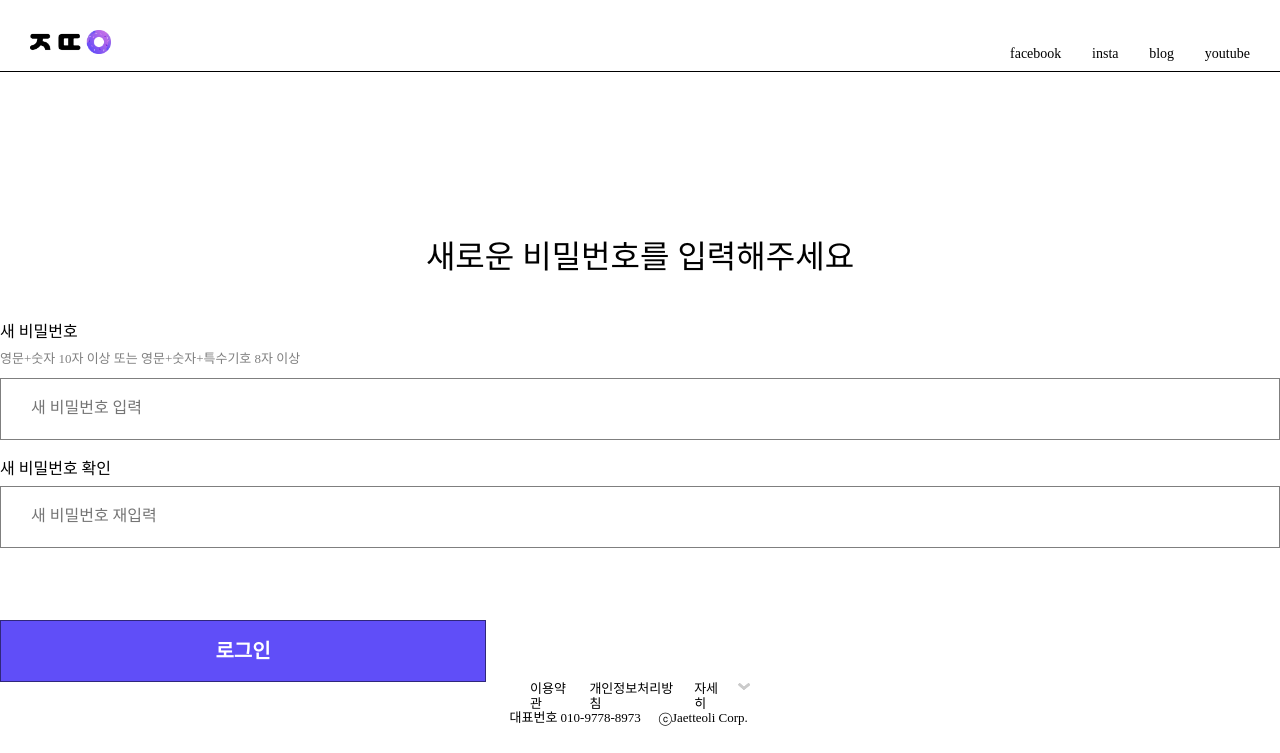
Repository: raoniee/Jaetteoli-React-Project
Page: /help/new-pw
The author's editor kept a copy of each file at every save. The page is drawn from the files as they stood at one save, then again after the next save.
The browser window is 1280 px wide. The pictures show the whole page.
Some web fonts or font styles are not loaded; a fallback is used. The project was rebuilt for these pictures with package versions that can differ from the ones it lists, and the page was loaded fresh each time. Also part of the build but not shown: src/component/main/ManageReview.module.css, src/component/main/ReviewContainer.module.css, src/component/main/ReviewItem.module.css, src/component/main/ReviewItem.js, src/component/main/ReviewContainer.js, src/component/sidebar/SideBar.module.css, src/component/sidebar/SideBar.js, src/component/main/ManageReview.js and 53 more.

Above is the page before, as saved 2023-07-06 21:56:46.

### public/index.html
<!DOCTYPE html>
<html lang="en">
<script src="//t1.daumcdn.net/mapjsapi/bundle/postcode/prod/postcode.v2.js"></script>
<head>
  <meta charset="utf-8" />
  <link rel="icon" href="%PUBLIC_URL%/favicon.ico" />
  <meta name="viewport" content="width=device-width, initial-scale=1" />
  <meta name="theme-color" content="#000000" />
  <meta name="description" content="Web site created using create-react-app" />
  <link rel="apple-touch-icon" href="%PUBLIC_URL%/logo192.png" />
  <link rel="manifest" href="%PUBLIC_URL%/manifest.json" />
  <title>재떨이</title>
</head>

<body>
  <div id="overlays"></div>
  <div id="root"></div>
</body>

</html>

### src/App.js
import Header from "./component/header/Header";
import ManageReview from "./component/main/ManageReview";
import TodayMenu from "./component/main/TodayMenu";
import TodayOrder from "./component/main/TodayOrder";
import ManageSale from "./component/main/ManageSale";

// Membership
import MembershipStart from "./component/memberShip/MembershipStart";
import MembershipInformation from "./component/memberShip/MembershipInformation";
import MembershipEnd from "./component/memberShip/MembershipEnd";

// login
import LoginStart from "./component/login/LoginStart";
import IDSearch from "./component/login/IDSearch";
import IDShow from "./component/login/IDShow";
import PasswordNew from "./component/login/PasswordNew";

import Regist1 from "./component/register/Regist1";
import Regist2 from "./component/register/Regist2";
import Regist3 from "./component/register/Regist3";

import { RouterProvider, createBrowserRouter } from "react-router-dom";
import SideBar from "./component/sidebar/SideBar";
import Home from "./component/home/Home";

const router = createBrowserRouter([
  { path: "/", element: <Home /> },
  // Membership
  { path: "/signup/agree", element: <MembershipStart /> },
  { path: "/signup/begin", element: <MembershipInformation /> },
  { path: "/signup/complete", element: <MembershipEnd /> },
  // login
  { path: "/login", element: <LoginStart /> },
  { path: "/help", element: <IDSearch /> },
  { path: "/help/complete", element: <IDShow /> },
  { path: "/help/new-pw", element: <PasswordNew /> },
  //
  { path: "/today/menu", element: <TodayMenu /> },
  { path: "/today/order", element: <TodayOrder /> },
  { path: "/review", element: <ManageReview /> },
  { path: "/sales", element: <ManageSale /> },
  { path: "/register/store", element: <Regist1 /> },
  { path: "/register/menu", element: <Regist2 /> },
  { path: "/register/origin", element: <Regist3 /> },
]);

function App() {
  return <RouterProvider router={router} />;
}

export default App;

### src/store/index.js
import React from 'react';
import { configureStore } from '@reduxjs/toolkit';
import authReducer from './auth'

export default configureStore({
    reducer: {
        auth: authReducer
    },
})

### src/component/header/Header.js
import Nav from './Nav';
import style from './Header.module.css'
import logo from '../../assets/images/logo.png'

const Header = () => {
    return (
        <header>
            <div className={style.logo}>
                <img className={style.logoImg} src={logo}></img>
            </div>
            <Nav />
        </header>
    )
}

export default Header;

### src/component/login/PasswordNew.jsx
import React from "react";
import Footer from "../footer/Footer";
import Header from "../header/Header";
import style from "./PasswordNew.module.css";

export default function PasswordNew() {
  return (
    <div>
      <Header />
      <div className={style.PasswordNew}>
        <span className={style.title}>새로운 비밀번호를 입력해주세요</span>
        <form action="" className={style.PASSWORD_NEW}>
          <label htmlFor="">새 비밀번호</label>
          <p>영문+숫자 10자 이상 또는 영문+숫자+특수기호 8자 이상</p>
          <input
            type="text"
            placeholder="새 비밀번호 입력"
            className={style.newpassword}
          />
          <label htmlFor="">새 비밀번호 확인</label>
          <input type="text" placeholder="새 비밀번호 재입력" />
        </form>
        <button className={style.bluebutton}>로그인</button>
      </div>
      <Footer />
    </div>
  );
}

### src/store/auth.js
import { createSlice } from '@reduxjs/toolkit';

const initialStateValue = { jwt: '', name: '', firstLogin: 1, menuRegister: 1 }

export const authSlice = createSlice({
    name: "auth",
    initialState: { value: { jwt: '', name: '', firstLogin: 1, menuRegister: 1 } },
    reducers: {
        login: (state, action) => {
            state.value = action.payload
        },
        logout: (state) => {
            state.value = initialStateValue
        }
    },
});

export default authSlice.reducer;
export const { login, logout } = authSlice.actions;

### src/component/header/Nav.js
import style from './Nav.module.css'

const Nav = () => {
    return(
        <nav className={style.nav}>
            <ul className={style.navList}>
                <li>facebook</li>
                <li>insta</li>
                <li>blog</li>
                <li>youtube</li>
            </ul>
        </nav>
    )
}

export default Nav;

### src/component/header/Header.module.css
header {
    font-family: "Pretendard-SemiBold";
    width: 100%;
    height: 72px;
    display: flex;
    align-items: flex-end;
    justify-content: space-between;
    padding: 10px 30px;
    box-sizing: border-box;
    position: fixed;
    top: 0;
    left: 0;
    background-color: white;
    z-index: 1;
    border-bottom: 1px solid black;
}

.logoImg {
    width: 81px;
    height: 24px;
    margin-bottom: 4px;
}

### src/component/footer/Footer.jsx
import React from "react";
import style from "./Footer.module.css";
import { ReactComponent as ArrowDown } from '../../assets/images/arrow_down.svg'

export default function Footer() {
  return (
    <footer>
      <ul className={style.top}>
        <li>이용약관</li>
        <li>개인정보처리방침</li>
        <li>
          <p>자세히</p>
          <ArrowDown></ArrowDown>
        </li>
      </ul>
      <ul className={style.bottom}>
        <li>대표번호 010-9778-8973</li>
        <li>ⓒJaetteoli Corp.</li>
      </ul>
    </footer>
  );
}

### src/component/login/PasswordNew.module.css
.container {
  display: flex;
  flex-direction: column;
}

.PasswordNew {
  margin: 0 auto;
  margin-top: 240px;
}

.title {
  display: block;
  text-align: center;
  font-weight: 300;
  font-size: 32px;
  line-height: 35.2px;
  margin-bottom: 48px;
}

.PASSWORD_NEW {
  display: flex;
  flex-direction: column;
  margin-bottom: 72px;
}

.PASSWORD_NEW label {
  font-weight: 300;
  font-size: 16px;
  line-height: 17.6px;
  color: rgba(0, 0, 0, 1);
  margin-bottom: 9px;
}

.PASSWORD_NEW p {
  font-weight: 300;
  font-size: 13px;
  line-height: 18.85px;
  color: rgba(0, 0, 0, 0.5);
  margin-bottom: 9px;
}

.PASSWORD_NEW input {
  height: 62px;
  border: 1px solid rgba(0, 0, 0, 0.5);
  padding-left: 30px;
}

.PASSWORD_NEW input::placeholder {
  font-weight: 300;
  font-size: 16px;
  line-height: 17.6px;
}

.PASSWORD_NEW .newpassword {
  margin-bottom: 20px;
}

.bluebutton {
  width: 486px;
  height: 62px;
  border: 1px solid rgba(0, 0, 0, 0.5);
  background-color: rgba(96, 78, 248, 1);
  font-weight: 700;
  font-size: 20px;
  line-height: 22px;
  color: rgba(255, 255, 255, 1);
}

### src/component/header/Nav.module.css
.nav {
    font-family: "Pretendard-Regular";
    font-size: 14px;
}

.navList {
    width: 240px;
    display: flex;
    justify-content: space-between;
}

### src/component/memberShip/AgreeAlert.module.css
* {
  font-family: "Fira Sans";
  box-sizing: border-box;
}

.wrap {
  position: absolute;
  top: 50%;
  left: 50%;
  transform: translate(-50%, -50%);
  width: 771px;
  height: 568px;
}

.top {
  display: flex;
  justify-content: space-between;
  background-color: #604ef8;
  height: 55.8px;
}

.top .title {
  font-weight: 500;
  font-size: 14px;
  line-height: 55.8px;
  color: #ffffff;
  margin-left: 31px;
}

.top .close {
  margin-top: 22px;
  margin-right: 32px;
  cursor: pointer;
}

.middle {
  background: white;
  padding: 20px 30px;
}

.middle .information ul {
  display: flex;
  margin-bottom: 15px;
}

.middle .information ul li {
  font-weight: 500;
  font-size: 13px;
  line-height: 15.6px;
}

.middle .information ul li:nth-child(1) {
  flex-grow: 15;
}
.middle .information ul li:nth-child(2) {
  text-align: right;
  flex-grow: 1;
}
.middle .information ul li:nth-child(3) {
  text-align: right;
  flex-grow: 1;
}

.middle .information p {
  padding: 10px 7px;
  height: 360.97px;
  font-weight: 400;
  font-size: 11px;
  line-height: 13.2px;
  border: 1px solid #dadada;
  overflow-y: scroll;
}

.bottom {
  position: relative;
  height: 82px;
  background-color: #f6f6f6;
}

.bottom button {
  position: absolute;
  bottom: 21px;
  right: 30.5px;
  width: 97.5px;
  height: 31px;
  border: 1px solid #604ef8;
  border-radius: 5px;
  cursor: pointer;
}

### src/component/footer/Footer.module.css
/* * {
  outline: 1px solid #363;
} */

footer {
  height: 71px;
  font-weight: 300;
  font-size: 13px;
  line-height: 14.3px;
}

footer ul {
  display: flex;
}

.top {
  width: 220px;
  gap: 14px;
  margin: 0 auto;
}

.top li {
  display: flex;
}

.top li p {
  margin-right: 10px;
}

.bottom {
  width: 261px;
  gap: 18px;
  margin: 0 auto;
}

### src/component/home/Login.module.css
.btnContainer {
    width: 276px;
    height: 48px;
    display: flex;
    justify-content: space-around;
}

button {
    width: 114px;
    height: 48px;
    border: 2px solid #604EF8;
    font-family: 'Pretendard-Regular';
    font-size: 18px;
}

.login {
    background-color: white;

}

.signup {
    background-color: #604EF8;
    color: white;
}

Loaded but not shown: src/index.js (common file); src/index.css (common file)

After the next save:
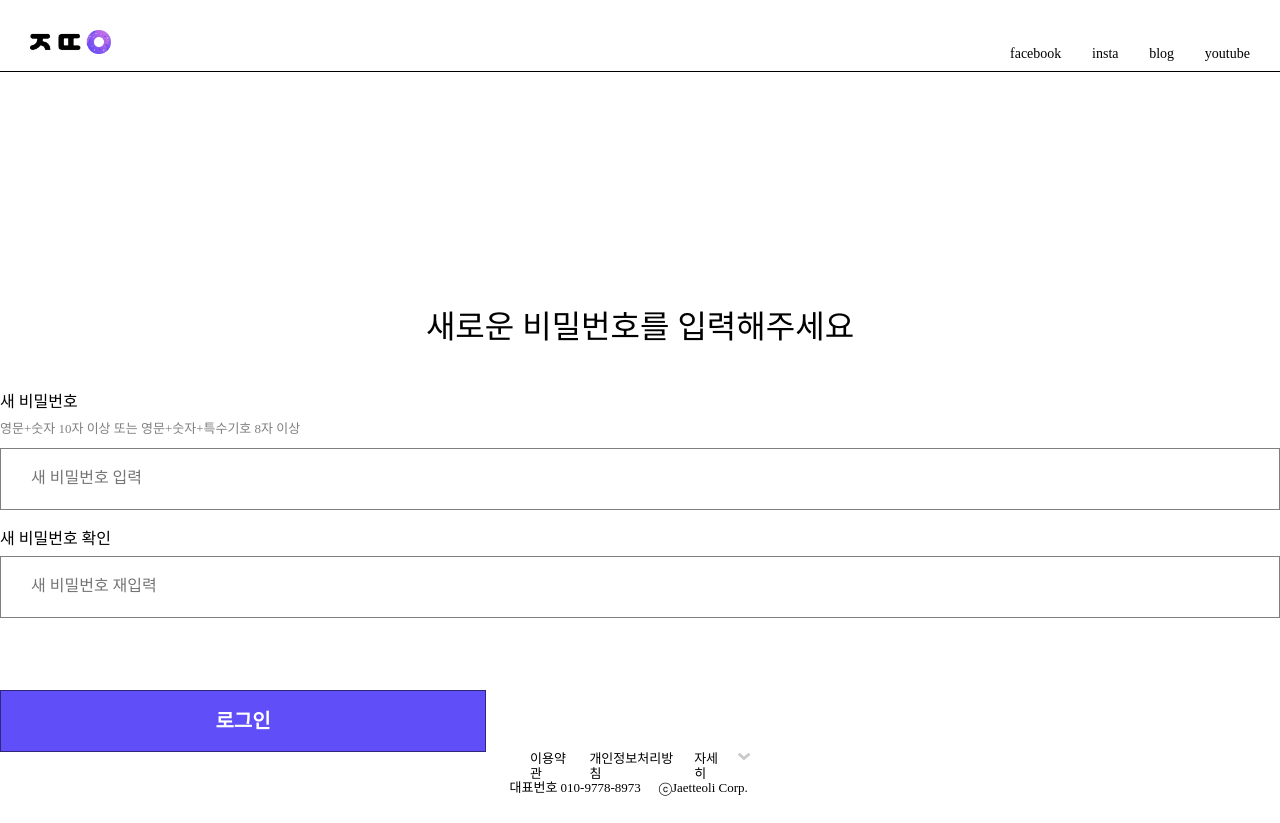
Saved 81 s later.
--- a/src/component/login/PasswordNew.module.css
+++ b/src/component/login/PasswordNew.module.css
@@ -5,7 +5,7 @@
 
 .PasswordNew {
   margin: 0 auto;
-  margin-top: 240px;
+  margin-top: 310px;
 }
 
 .title {
